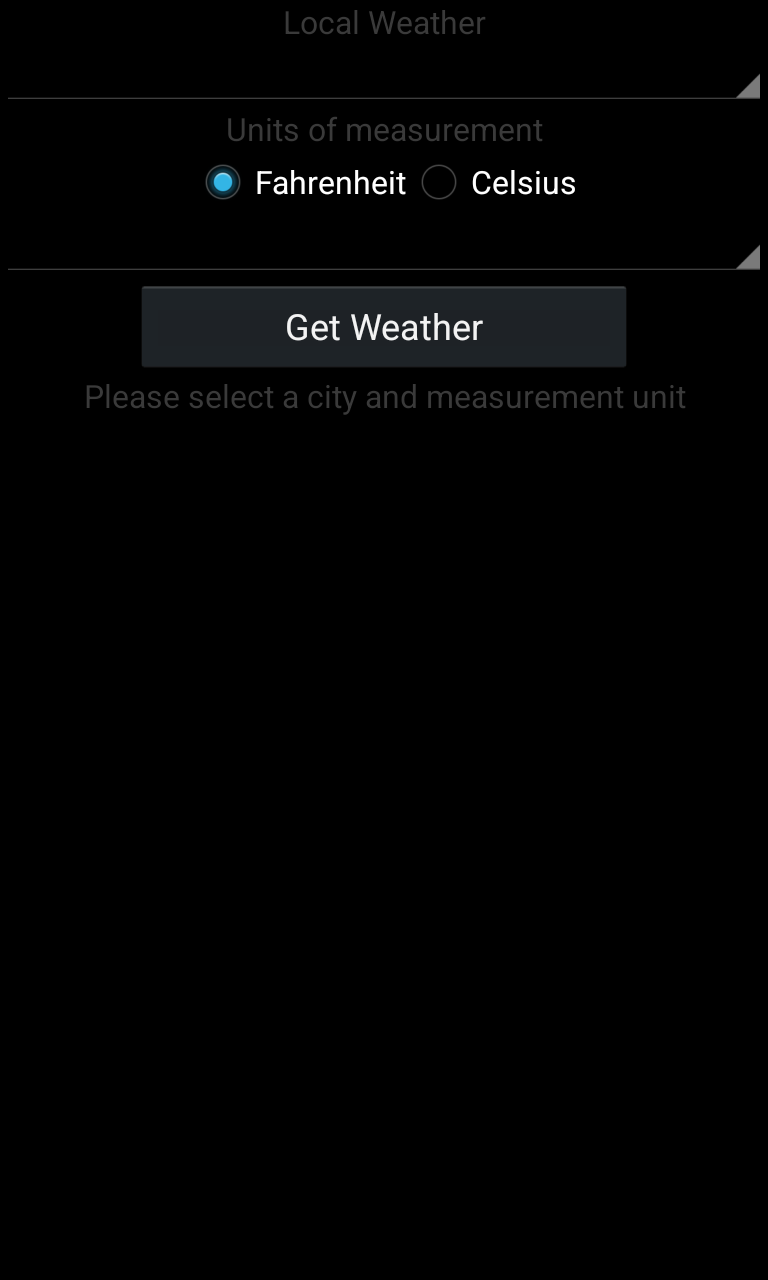
Repository: efreestone/Java1
Layout: Java1Project4/res/layout/activity_main.xml
These files come from the project's save history. The layout is drawn as it stood at one moment and after the next save; the edit follows.
It is drawn on a 768 x 1280 px phone screen (xhdpi) without system bars, with theme android:Theme.Holo; the app's code is not run.

Above is the layout before, as saved 2014-03-26 22:51:02.

After the next save:
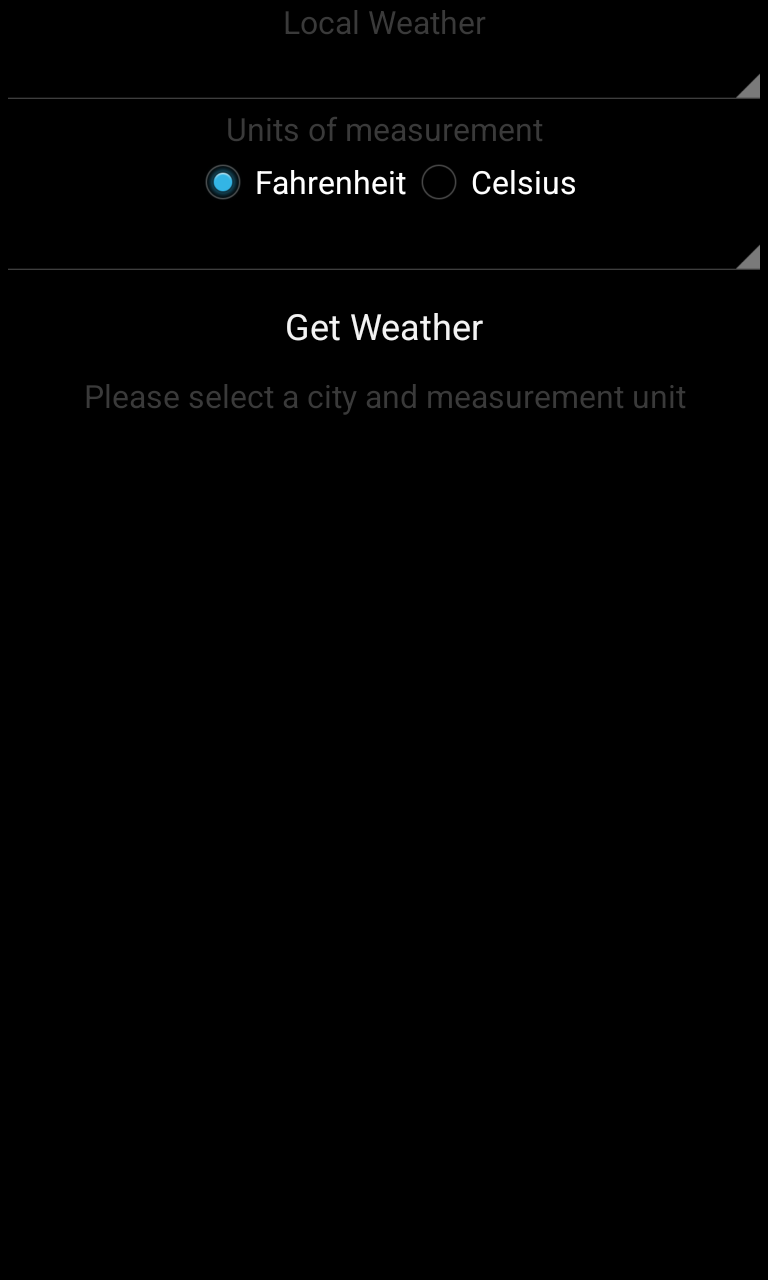
Saved 72 s later.
--- a/Java1Project4/res/layout/activity_main.xml
+++ b/Java1Project4/res/layout/activity_main.xml
@@ -59,8 +59,7 @@
         <Spinner
             android:id="@+id/currentSpinner"
             android:layout_width="match_parent"
-            android:layout_height="wrap_content"
-            />
+            android:layout_height="wrap_content"/>
 
         <!-- Get Weather Button -->
         <Button
@@ -69,7 +68,8 @@
             android:layout_height="wrap_content"
             android:layout_gravity="center"
             android:width="250dp"
-            android:text="@string/weatherButtonString"/>
+            android:text="@string/weatherButtonString"
+            android:background="@drawable/"/>
 
 	<!-- </LinearLayout> -->
 

After the 2 saves that followed:
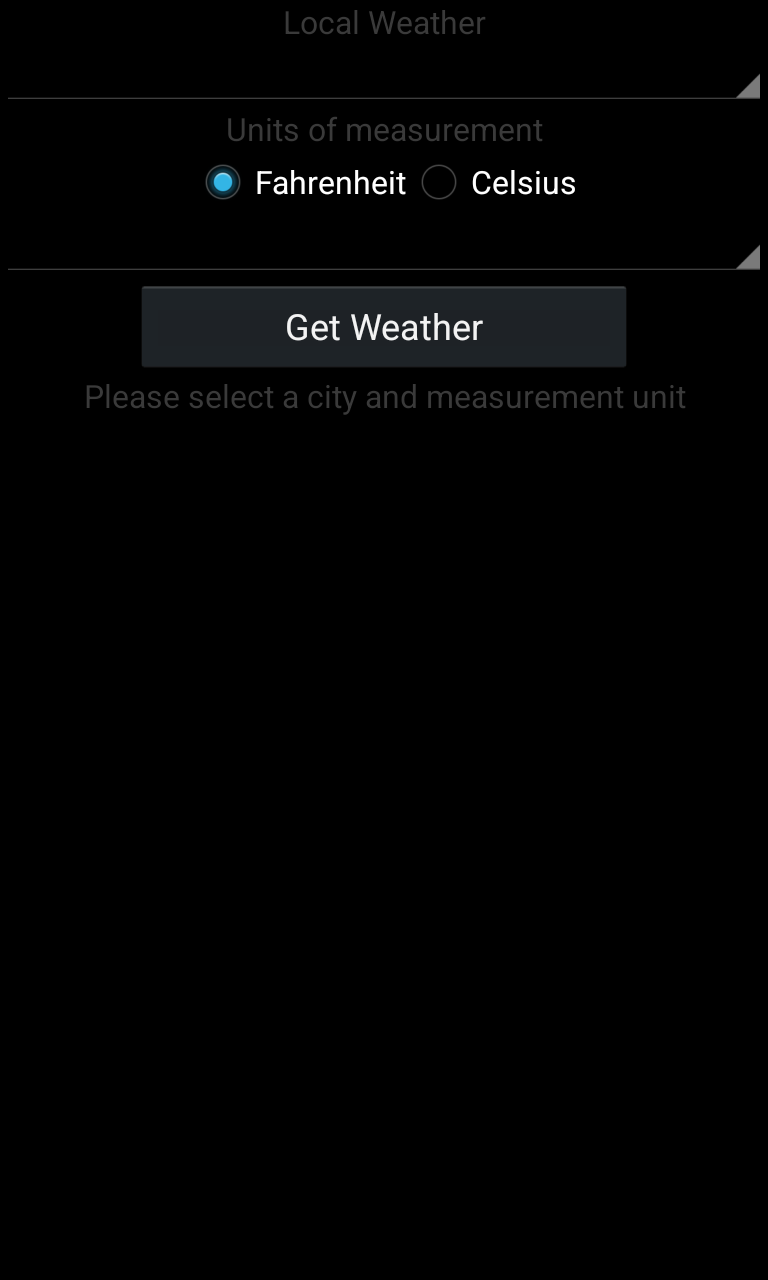
The 2 saves are shown as one change because 1 left the picture as it was.
The last was saved 3 min 24 s later.
--- a/Java1Project4/res/layout/activity_main.xml
+++ b/Java1Project4/res/layout/activity_main.xml
@@ -68,8 +68,7 @@
             android:layout_height="wrap_content"
             android:layout_gravity="center"
             android:width="250dp"
-            android:text="@string/weatherButtonString"
-            android:background="@drawable/"/>
+            android:text="@string/weatherButtonString"/>
 
 	<!-- </LinearLayout> -->
 
